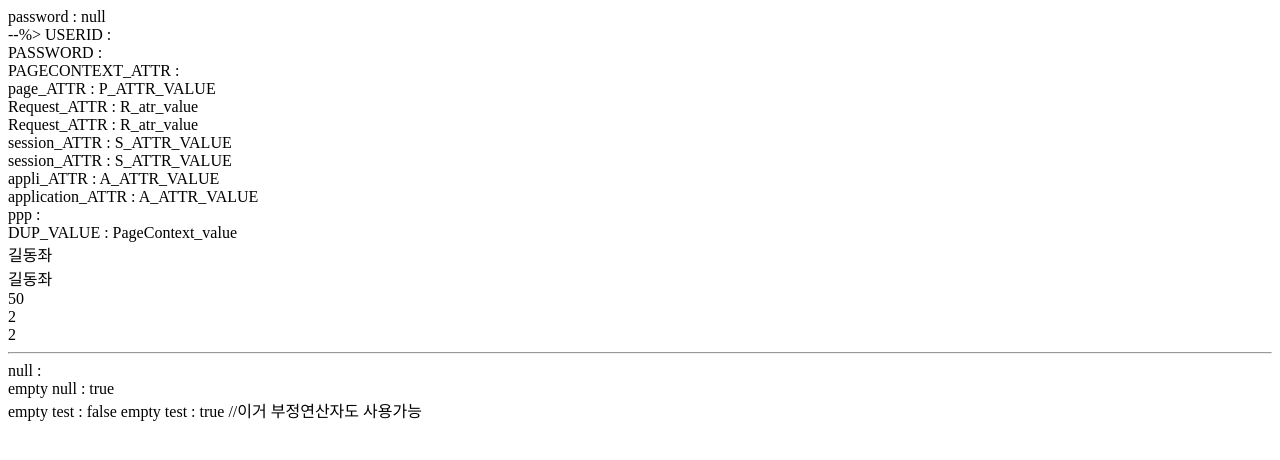
Repository: GotChun/DH_JSP
Page: http://localhost/01_JSP/C08/01EL/01Result.jsp
An editor plug-in stored every save of this project. The page is shown before and after the next save, followed by the edit.
The browser window is 1280 px wide. The pictures show the whole page.
The page is served by Tomcat 9.

Above is the page before, as saved 2024-10-24 03:02:30.

After the next save:
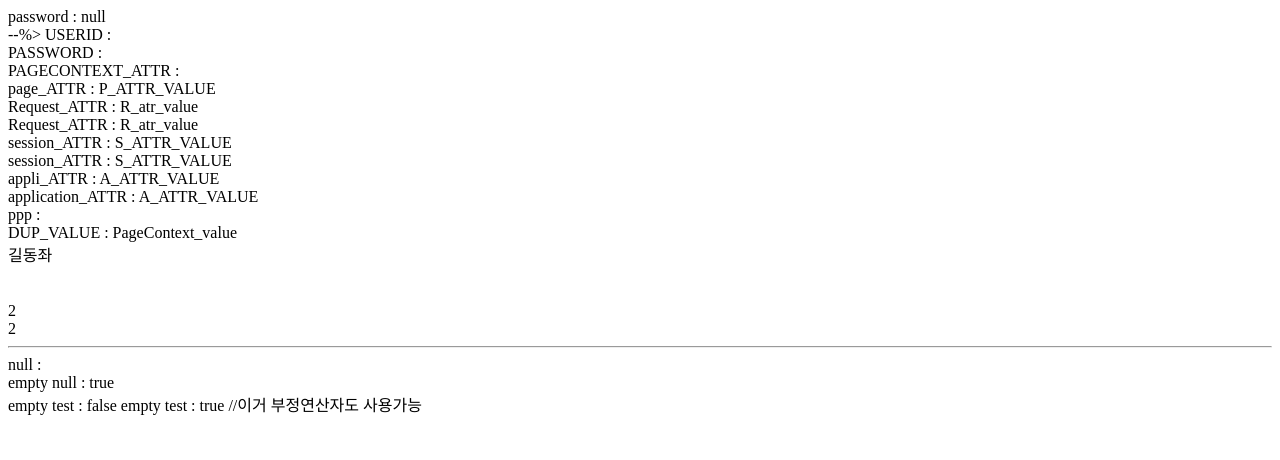
Saved 22 min 8 s later.
--- a/01_JSP/src/main/webapp/C08/01EL/01Result.jsp
+++ b/01_JSP/src/main/webapp/C08/01EL/01Result.jsp
@@ -61,7 +61,7 @@ DUP_VALUE : ${DUP}<br>
 
 <%
 	SimpleDto dto = new SimpleDto("길동좌",50);
-	request.setAttribute("dto", dto);
+	//request.setAttribute("dto", dto);
 %>
 <%=dto.getName() %><br>
 ${dto.name }<br>
